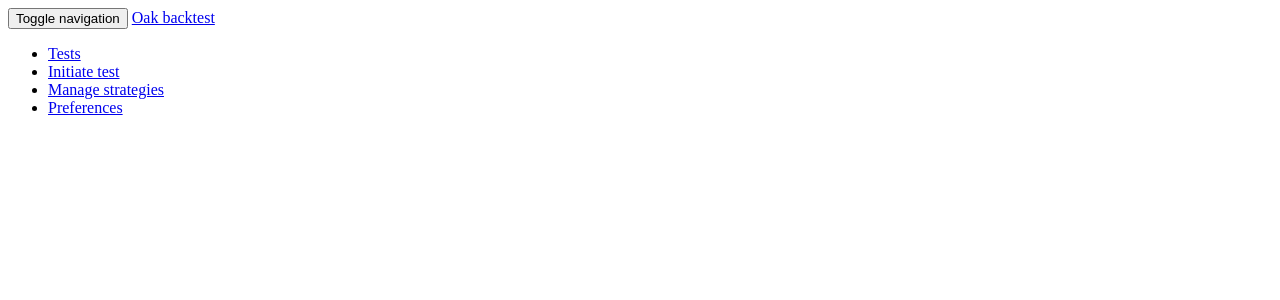
Repository: NeroVanbiervliet/newbeurs-web-terminated
Page: BeursWebApp/WebContent/navigation.html
An editor plug-in stored every save of this project. The page is shown before and after the next save, followed by the edit.
The browser window is 1280 px wide. The pictures show the whole page.

Above is the page before, as saved 2015-09-28 09:59:32.

After the next save:
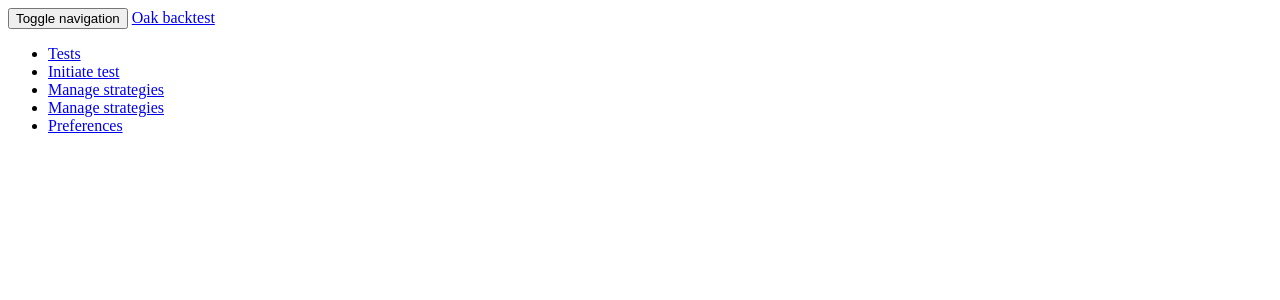
Saved 34 h 4 min later.
--- a/BeursWebApp/WebContent/navigation.html
+++ b/BeursWebApp/WebContent/navigation.html
@@ -15,6 +15,7 @@
 					<li><a href=".">Tests</a></li>
 					<li><a href="initiate_simulation.jsp">Initiate test</a></li>
 					<li><a href="manage_strategies.jsp">Manage strategies</a></li>
+					<li><a href="stock_data.jsp">Manage strategies</a></li>
 					<li><a href="preferences.jsp">Preferences</a></li>
 				</ul>
 			</div>
